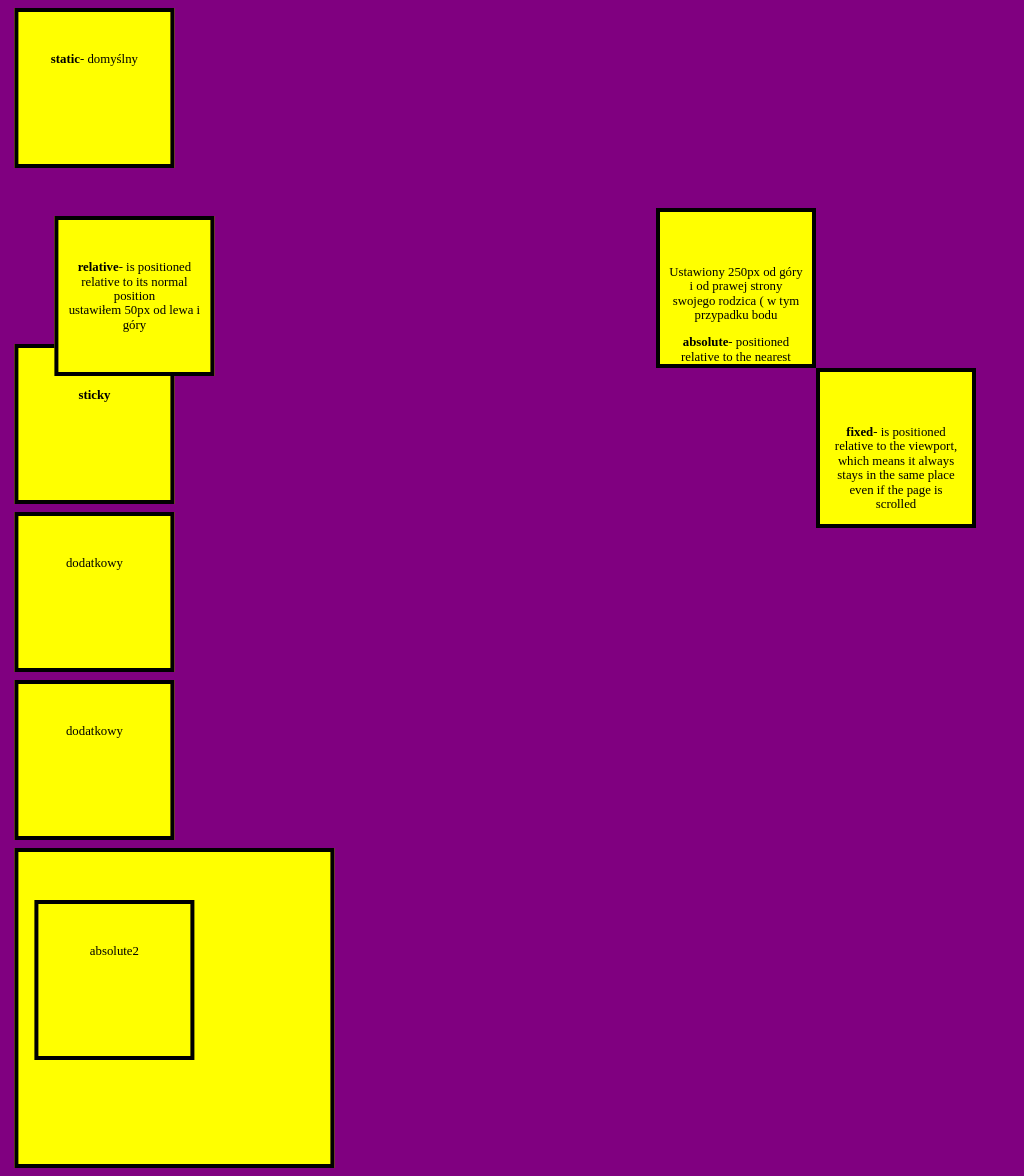
Repository: quenrythane/homepage
Page: CSS positions/CSS-positions.html
An editor plug-in stored every save of this project. The page is shown before and after the next save, followed by the edit.
The browser window is 1280 px wide. The pictures show the whole page, at 80% of full size.

Above is the page before, as saved 2020-10-11 04:03:53.

### CSS positions/CSS-positions.html
<!DOCTYPE html>
<html lang="en">
<head>
    <meta charset="UTF-8">
    <meta name="viewport" content="width=device-width, initial-scale=1.0">
    <title>CSS-positions</title>
    <link href="CSS-positions.css " rel="stylesheet" type="text/css">
</head>
<body >
    <div class="box static"><b>static</b>- domyślny</div>
    <div class="box relative"><b>relative</b>- is positioned relative to its normal position<br>
    ustawiłem 50px od lewa i góry</div>
    <div class="box fixed">
        <p><b>fixed</b>- is positioned relative to the viewport, which means it always stays in the same place even if the page is scrolled</p>
        <p>A fixed element does not leave a gap in the page where it would normally have been located</p>
        <p> Czyli ogólnie strona załaduje go w to miejsce jakby strona normalnie się ładowała i na koniec tak jakby przy klei go w to miejsce na ekranie, przez co nawet jak będziemy przewijać stronę to zostanie w tym samym miejscu ekranu (nie zmieni miejsca ani w wysokości ani w szerokośći)</p>
        <p> Chyba, że nadamy mu miejsce w którym ma się znaleźć, wtedy tak jakby nie jest brany pod uwagę w wstępnym layoucie strony, tylko dodawany na sam koniec (ja go ustawię w miejsce w prawym rogu po 50px od krawędzi)</p>
    </div>
    <div class="box absolute">
        <p>Ustawiony 250px od góry i od prawej strony swojego rodzica ( w tym przypadku bodu</p>
        <p><b>absolute</b>- positioned relative to the nearest positioned ancestor (instead of positioned relative to the viewport, like fixed).</p>

       <p> However; if an absolute positioned element has no positioned ancestors, it uses the document body, and moves along with page scrolling.</p>
        </div>
    <div class="box sticky"><b>sticky</b></div>

    <div class="box">dodatkowy</div>
    <div class="box">dodatkowy</div>
    <div class="box box2"><div class="box absolute2">absolute2</div></div>

</body>
</html>

### CSS positions/CSS-positions.css
body {
    background: purple;
}

.box{
    box-sizing: border-box;
    background: yellow;
    width: 200px;
    height: 200px ;
    margin: 10px;
    text-align: center;
    padding: 10px ;
    padding-top: 50px;
    border: solid black 5px;
    overflow: scroll;
}

.box2 {
    width: 400px;
    height: 400px;
}

.static{
    position: static;
}

.relative{
    position: relative;
    left: 50px;
    top: 50px;
}

.fixed{
    position: fixed;
    right: 50px;
    bottom: 50px;
}

.absolute{
    position: absolute;
    right: 250px;
    top: 250px;
}

.absolute2 {
    position: absolute;

}

.sticky{

}

After the next save:
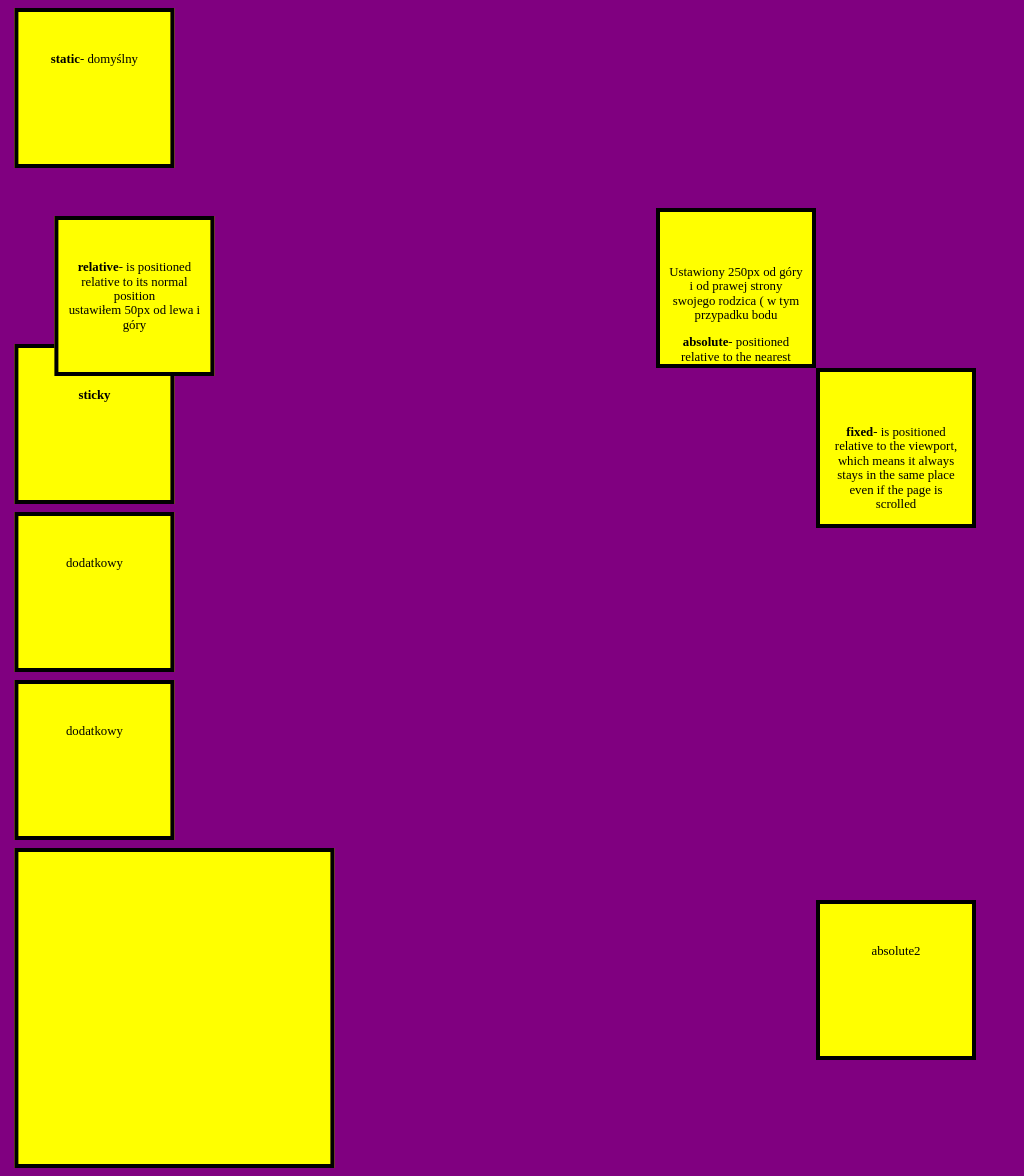
Saved 17 s later.
--- a/CSS positions/CSS-positions.css
+++ b/CSS positions/CSS-positions.css
@@ -44,7 +44,7 @@ body {
 
 .absolute2 {
     position: absolute;
-
+    right: 50px;
 }
 
 .sticky{
